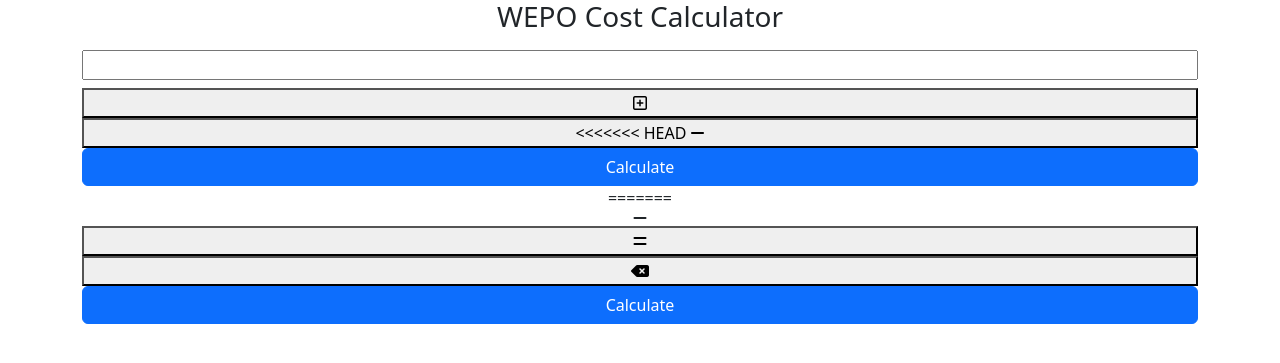
Repository: LeGrandMAG/magCalculator
Page: index.html
An editor plug-in stored every save of this project. The page is shown before and after a run of saves, followed by the edit.
The browser window is 1280 px wide. The pictures show the whole page.
Some web libraries are served in a nearby version.

Above is the page before, as saved 2022-06-10 16:01:16.

After the next 2 saves:
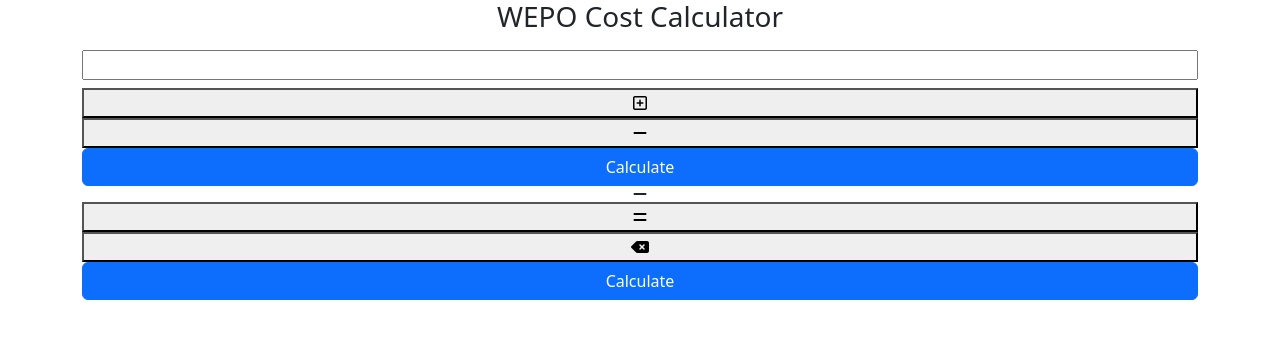
The 2 saves are shown as one change because they came seconds apart.
The last was saved 6 s later.
--- a/index.html
+++ b/index.html
@@ -19,10 +19,8 @@
             <i class="fa fa-plus-square-o" aria-hidden="true"></i>
         </button>
         <button onclick="sub()">
-<<<<<<< HEAD
             <i class="fa-solid fa-minus"></i>        </button>
         <button onclick="myFunction()" class="btn btn-primary"> Calculate</button>
-=======
             <i class="fa-solid fa-minus"></i>
         </button>
         <button onclick="equals()">
